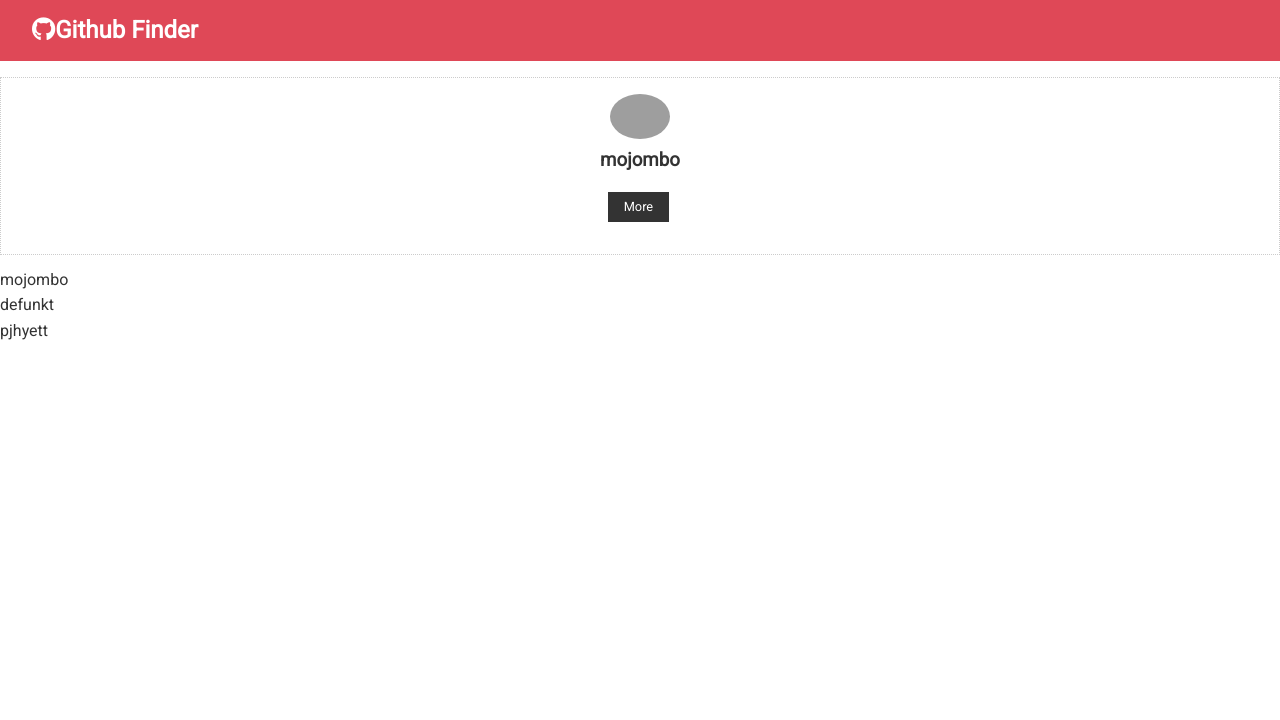
Repository: messimacky/github-finder
Page: /
The author's editor kept a copy of each file at every save. The page is drawn from the files as they stood at one save, then again after the next save.
The browser window is 1280 px wide. The pictures show the whole page.
Pictures or frames that could not be fetched are drawn as grey boxes. Some web libraries are served in a nearby version. The project was rebuilt for these pictures with package versions that can differ from the ones it lists, and the page was loaded fresh each time.

Above is the page before, as saved 2022-02-21 16:29:09.

After the next save:
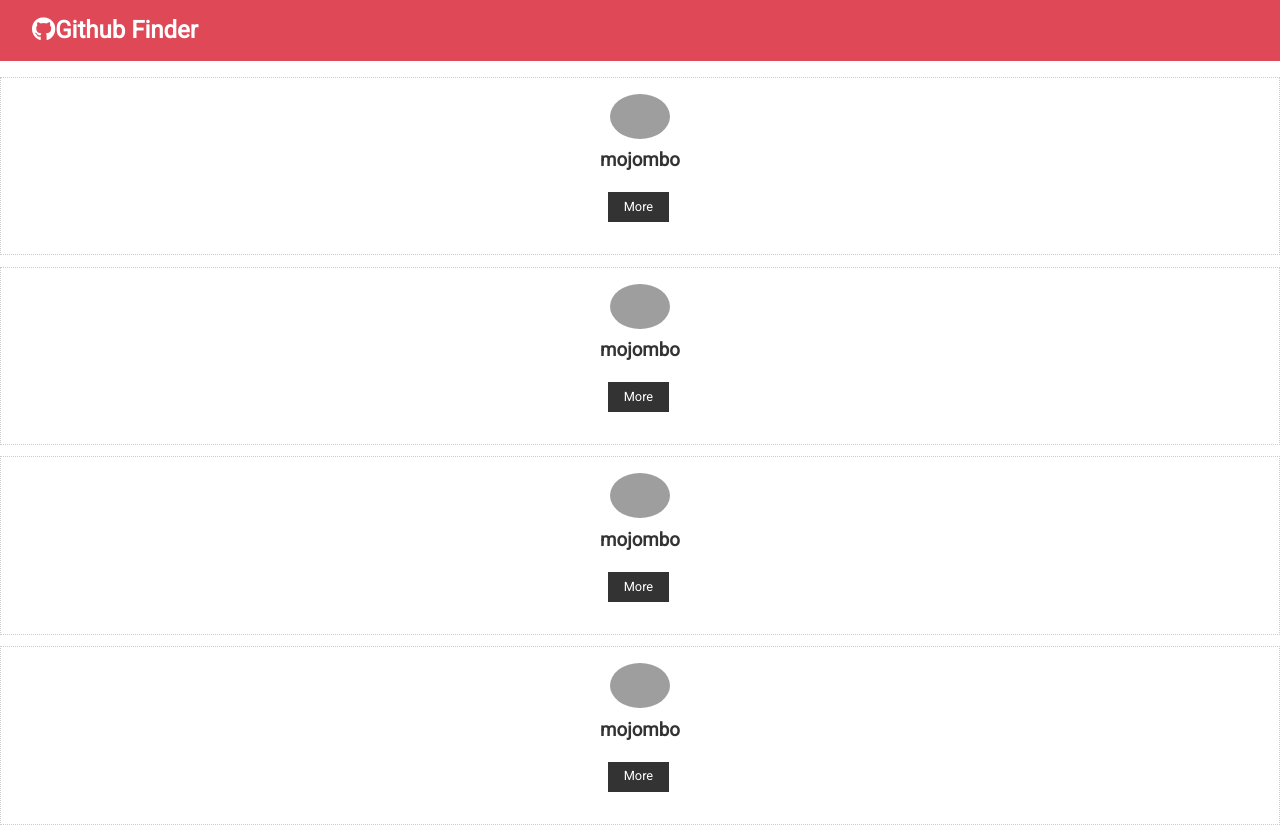
Saved 2 min 7 s later.
--- a/src/users/Users.js
+++ b/src/users/Users.js
@@ -29,7 +29,7 @@
   render() {
     return (
       <div>{this.state.users.map(user => (
-          <div key={user.id}>{user.login}</div>
+          <UserItem key={user.id} user={user} />
       ))}</div>
     )
   }
